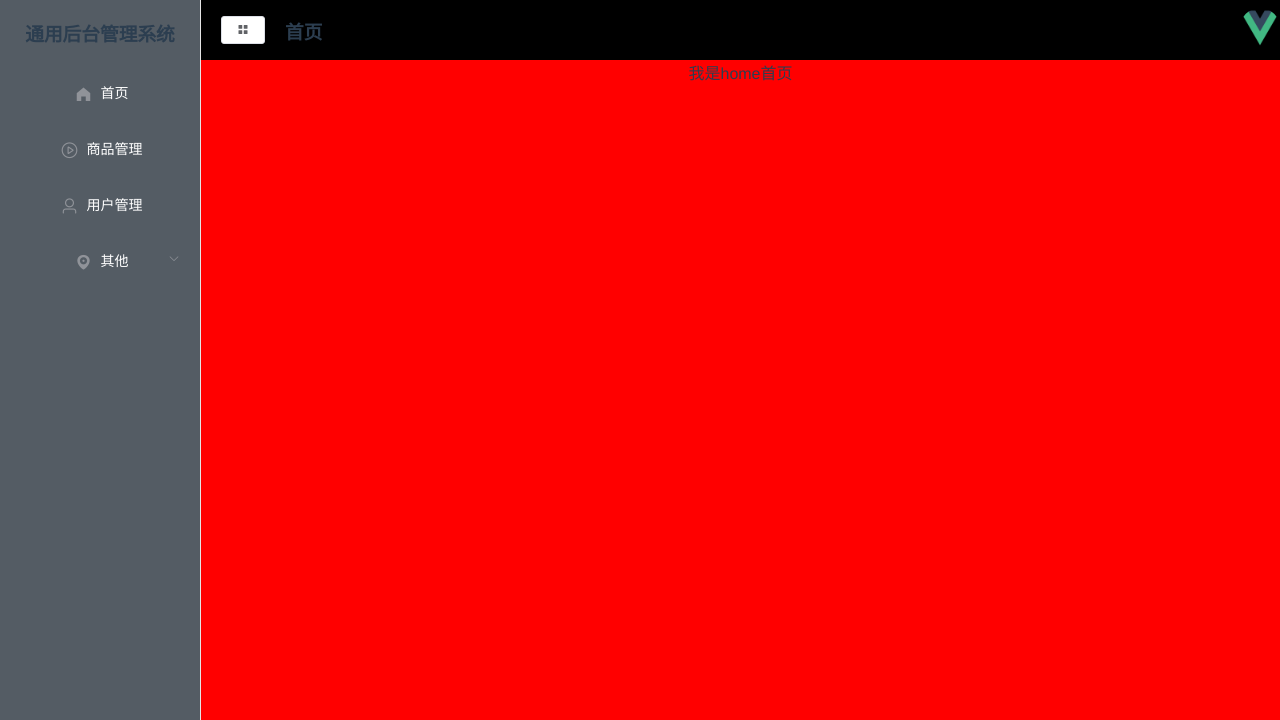
Repository: 385841539/VueStudy
Page: / (app in vue_cli/)
An editor plug-in stored every save of this project. The page is shown before and after the next save, followed by the edit.
The browser window is 1280 px wide. The pictures show the whole page.
The project was rebuilt for these pictures with package versions that can differ from the ones it lists, and the page was loaded fresh each time. Also part of the build but not shown: vue_cli/vue.config.js.

Above is the page before, as saved 2022-01-13 10:14:15.

### vue_cli/public/index.html
<!DOCTYPE html>
<html lang="">

<head>
  <meta charset="utf-8">
  <meta http-equiv="X-UA-Compatible" content="IE=edge">
  <meta name="viewport" content="width=device-width,initial-scale=1.0">
  <link rel="icon" href="<%= BASE_URL %>favicon.ico">
  <title>
    <%= htmlWebpackPlugin.options.title %>
  </title>
  <style>
    body {

      background-color: red;
      padding: 0px;
      margin: 0px;
      width: 100%;
      height: 100%;

    }
  </style>
</head>

<body>
  <noscript>
    <strong>We're sorry but <%= htmlWebpackPlugin.options.title %> doesn't work properly without JavaScript enabled.
        Please enable it to continue.</strong>
  </noscript>
  <div id="app"></div>
  <!-- built files will be auto injected -->
</body>

</html>

### vue_cli/src/main.js
import Vue from 'vue'
import App from './App.vue'
import './registerServiceWorker'
import router from './router'
import store from './store'

import ElementUI from 'element-ui';
import 'element-ui/lib/theme-chalk/index.css';

Vue.use(ElementUI);


Vue.config.productionTip = false



new Vue({
  router,
  store,
  render: h => h(App)
}).$mount('#app')

### vue_cli/src/App.vue
<template>
  <div id="app">
    <!-- <p>这是一个P段落</p>
    <el-button>按钮</el-button>
    <el-button type="info">信息</el-button>
    <el-radio v-model="radio" label="1">备选项1</el-radio>
    <el-radio v-model="radio" label="2">备选项1</el-radio>

    <div>
      <router-link to="/">去home组件</router-link>
      <router-link to="/about">去about组件</router-link>
    </div> -->

    <router-view></router-view>
  </div>
</template>
<script>


export default {
  data() {
    return {
      radio: "1",
    };
  },
};
</script>


<style lang="scss">
#app {
  font-family: Avenir, Helvetica, Arial, sans-serif;
  -webkit-font-smoothing: antialiased;
  -moz-osx-font-smoothing: grayscale;
  text-align: center;
  color: #2c3e50;
}

#nav {
  padding: 30px;

  a {
    font-weight: bold;
    color: #2c3e50;

    &.router-link-exact-active {
      color: #42b983;
    }
  }
}
</style>

### vue_cli/src/router/index.js
import Vue from 'vue'
import VueRouter from 'vue-router'
import Main from '../views/Main.vue'

Vue.use(VueRouter)

const routes = [
  {
    path: '/',
    name: 'main',
    component: Main,
    children: [

      {

        path: "/",
        name: "home",
        component: () => import('@/views/Home/Home')

      }

    ]
  },
  {
    path: '/about',
    name: 'About',
    // route level code-splitting
    // this generates a separate chunk (about.[hash].js) for this route
    // which is lazy-loaded when the route is visited.
    component: () => import(/* webpackChunkName: "about" */ '../views/About.vue')
  }
]

const router = new VueRouter({
  mode: 'history',
  base: process.env.BASE_URL,
  routes
})

export default router

### vue_cli/src/store/index.js
import Vue from 'vue'
import Vuex from 'vuex'
import tab from "./tab"

Vue.use(Vuex)

export default new Vuex.Store({
  state: {
  },
  mutations: {
  },
  actions: {
  },
  modules: {
    tab
  }
})

### vue_cli/src/views/Main.vue
<template>
  <el-container style="height: 100vh">
    <el-aside width="auto">
      <CommonAside></CommonAside>
    </el-aside>
    <el-container>
      <el-header>
        <CommonHeader></CommonHeader>
      </el-header>
      <el-main>
        <router-view></router-view>
      </el-main>
    </el-container>
  </el-container>
</template>

<script>
// @ is an alias to /src
import CommonAside from "../components/CommonAside.vue";
import CommonHeader from "../components/CommonHeader.vue";

export default {
  name: "main",
  components: {
    CommonAside,
    CommonHeader,
  },
};
</script>
<style lang='scss' scoped>
.el-container {
  padding: 0px;
  max-width: 100%;
}
.el-aside {
  margin: 0px;
  padding: 0px;
}
.el-header {
  background-color: black;
  width: 100%;
  padding: 0%;
  margin: 0%;
}
.el-main {
  padding: 0px;
  height: 100%;
  width: 100%;
}
.router-view {
  padding: 0px;
  height: 100%;
  width: 100%;
}
</style>

### vue_cli/src/views/Home/Home.vue
<template>
  <div>我是home首页</div>
</template>

<style  lang="scss" scoped>
// div {
//   background: blue;
//   height: 100%;
//   padding: 0px;
//   margin: 0px;
// }
</style>

### vue_cli/src/store/tab.js
export default {


    state: {

        isCollapse: false

    },


    mutations: {

        collaspseMenu(state) {
            state.isCollapse = !state.isCollapse

        }



    }


}

### vue_cli/src/components/CommonAside.vue
<template>
  <el-menu
    class="el-menu-vertical-demo"
    :collapse="isCollapse"
    background-color="#545c64"
    text-color="#fff"
    active-text-color="#ffd04b"
  >
    <h3>{{ getName }}</h3>

    <el-menu-item
      :index="item.path"
      v-for="item in noChildren"
      :key="item.name"
      @click="clickMenu(item)"
    >
      <i :class="'el-icon-' + item.icon"></i>
      <span slot="title">{{ item.label }}</span>
    </el-menu-item>

    <el-submenu
      :index="item.label"
      v-for="item in hazChildren"
      :key="item.label"
    >
      <div slot="title">
        <i :class="'el-icon-' + item.icon"></i>
        <span>{{ item.label }}</span>
      </div>

      <el-menu-item-group>
        <el-menu-item
          v-for="(subItem, subIndex) in item.children"
          :index="subItem.path"
          :key="subIndex"
        >
          <i :class="'el-icon-' + subItem.icon"></i>
          <span slot="title">{{ subItem.label }}</span>
        </el-menu-item>
      </el-menu-item-group>
    </el-submenu>
  </el-menu>
</template>

<style>
.el-menu-vertical-demo:not(.el-menu--collapse) {
  width: 200px;
  height: 100%;
  min-height: 400px;
}

.i{
  background: coral;
  height: 1000px;
}
</style>


<script>
export default {
  data() {
    return {
      menu: [
        {
          path: "/",
          name: "home",
          label: "首页",
          icon: "s-home",
          url: "Home/Home",
        },
        {
          path: "/mall",
          name: "mall",
          label: "商品管理",
          icon: "video-play",
          url: "MallManage/MallManage",
        },
        {
          path: "/user",
          name: "user",
          label: "用户管理",
          icon: "user",
          url: "UserMange/UserMange",
        },
        {
          label: "其他",
          icon: "location",
          children: [
            {
              path: "/page1",
              name: "page1",
              label: "页面1",
              icon: "setting",
              url: "Other/PageOne",
            },
            {
              path: "/page2",
              name: "page2",
              label: "页面2",
              icon: "setting",
              url: "Other/PageTwo",
            },
          ],
        },
      ],
    };
  },
  methods: {
    clickMenu(item) {
      console.log(item);
      this.$router.push({ name: item.name });
    },
  },
  computed: {
    isCollapse() {
      return this.$store.state.tab.isCollapse;
    },
    getName() {
      if (this.isCollapse) return "后台";

      return "通用后台管理系统";
    },
    noChildren() {
      return this.menu.filter((item) => {
        console.log(item);
        return !item.children;
      });
    },
    hazChildren() {
      return this.menu.filter((item) => item.children);
    },
  },
};
</script>

### vue_cli/src/components/CommonHeader.vue
<template>
  <header>
    <div class="l-content">
      <el-button
        plain
        icon="el-icon-menu"
        size="mini"
        v-on:click="handleMenu"
      ></el-button>
      <h3>首页</h3>
    </div>

    <div class="r-content">
      <el-dropdown szie="mini" trigger="click">
        <span class="el-dropdown-link">
          <img :src="userImg" class="user" />
        </span>

        <el-dropdown-menu slot="dropdown">
          <el-dropdown-item>个人中心</el-dropdown-item>
          <el-dropdown-item>个人中心1</el-dropdown-item>
        </el-dropdown-menu>
      </el-dropdown>
    </div>
  </header>
</template>



<script>
export default {
  data() {
    return {
      userImg: require("../assets/logo.png"),
    };
  },

  methods: {
    handleMenu() {
      this.$store.commit("collaspseMenu");
    },
  },
};
</script>


<style  lang="scss" scoped>
header {
  display: flex;
  height: 100%;
  width: 100%;
  align-items: center;
  justify-content: space-between;
  padding: 0;
  margin: 0;
}

.l-content {
  display: flex;
  align-items: center;
  margin-left: 20px;
  .el-button {
    margin-right: 20px;
  }
}

.r-content {
  .user {
    width: 40px;
    height: 40px;
    border-radius: 50%;
  }
}
</style>

Loaded but not shown: vue_cli/src/registerServiceWorker.js (common file)

After the next save:
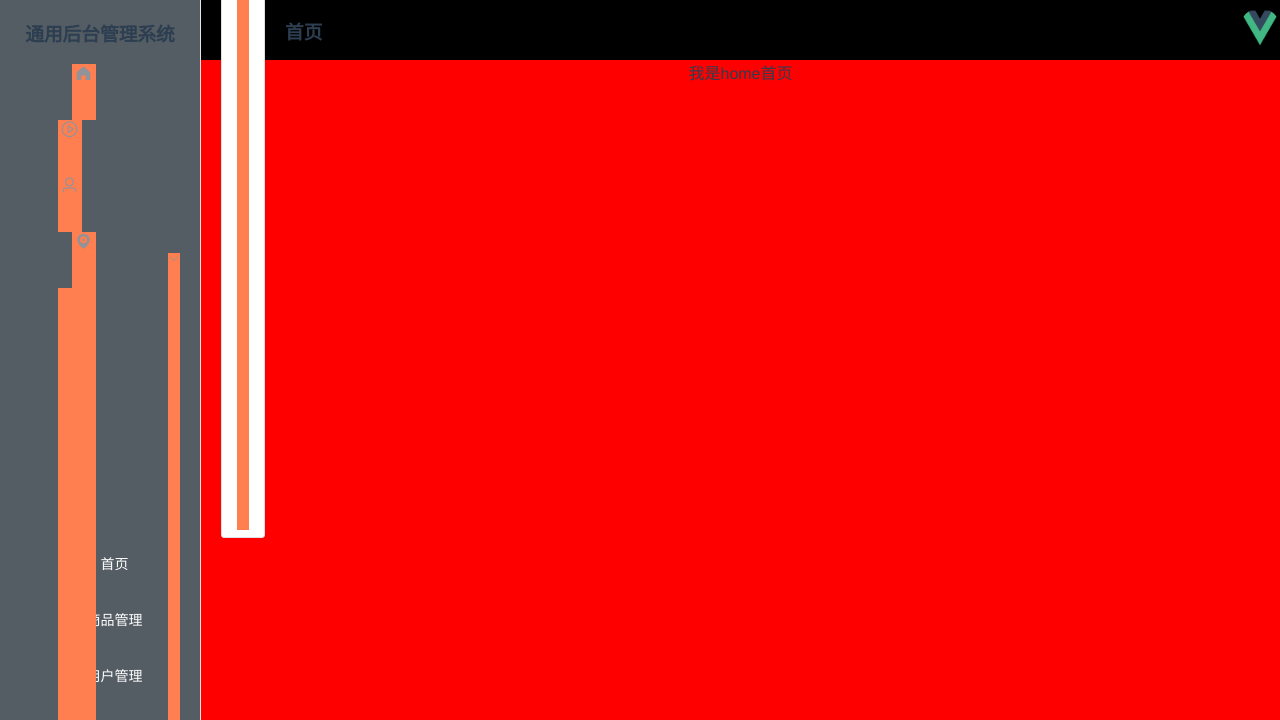
Saved 6 s later.
--- a/vue_cli/src/components/CommonAside.vue
+++ b/vue_cli/src/components/CommonAside.vue
@@ -49,7 +49,7 @@
   min-height: 400px;
 }
 
-.i{
+i{
   background: coral;
   height: 1000px;
 }

After the save that followed:
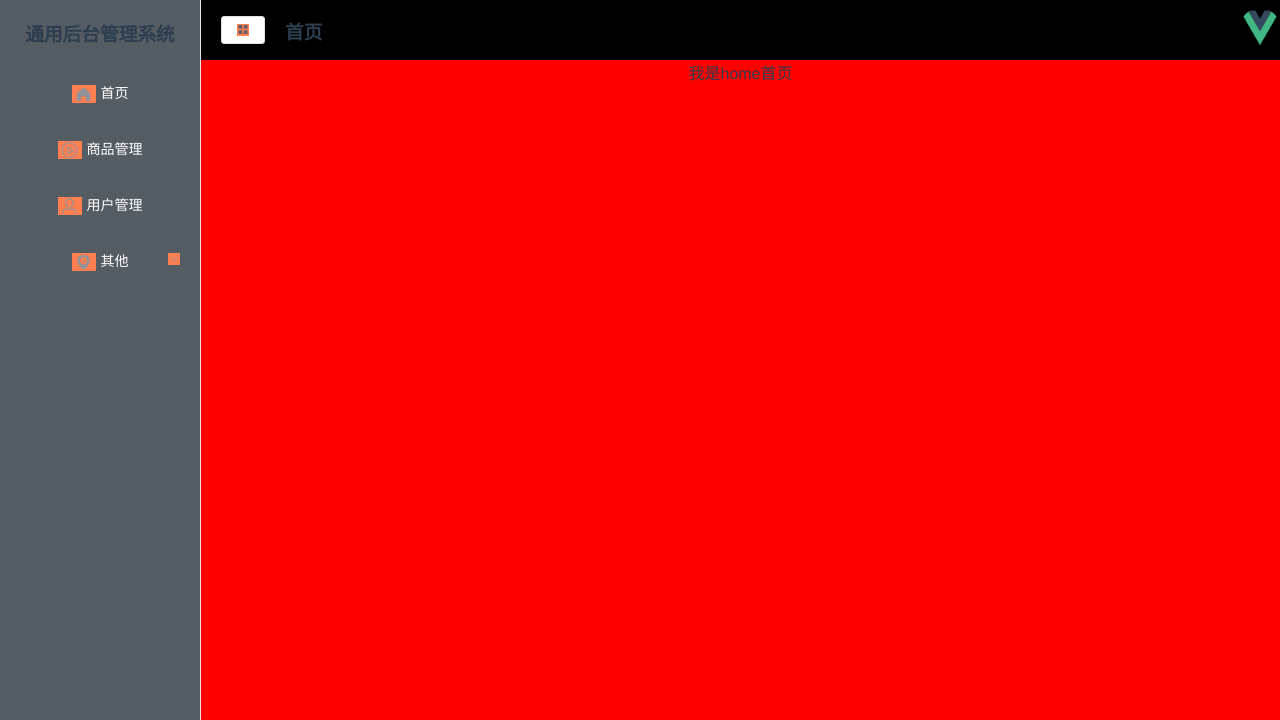
Saved 5 s later.
--- a/vue_cli/src/components/CommonAside.vue
+++ b/vue_cli/src/components/CommonAside.vue
@@ -51,7 +51,6 @@
 
 i{
   background: coral;
-  height: 1000px;
 }
 </style>
 
